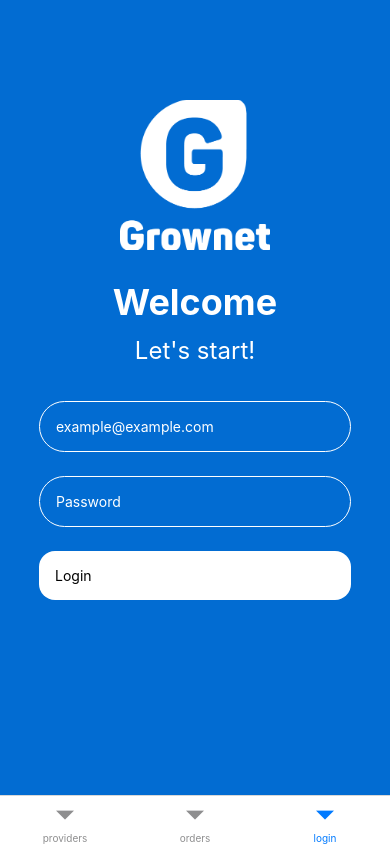
Repository: grownet-App/grownetAll
Screen: / (app in grownet-app/)
The author's editor kept a copy of each file at every save. The screen is drawn from the files as they stood at one save, then again after a run of saves.
The app was drawn by React Native's web renderer in a window 390 px wide. The project was rebuilt for these pictures with package versions that can differ from the ones it lists, and the page was loaded fresh each time. Also part of the build but not shown: grownet-app/screens/orders.js, grownet-app/screens/providers.js.

Above is the screen before, as saved 2023-07-05 18:14:12.

After the next 2 saves:
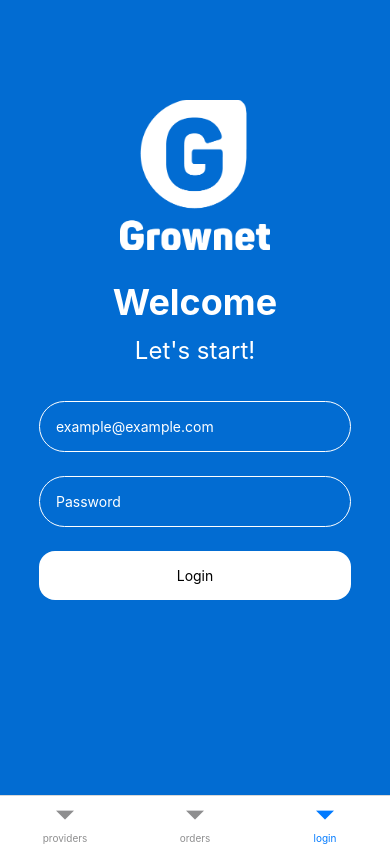
The 2 saves are shown as one change because they came seconds apart.
The last was saved 20 s later.
--- a/grownet-app/screens/loginPage.js
+++ b/grownet-app/screens/loginPage.js
@@ -33,7 +33,8 @@
     backgroundColor: 'white',
     borderRadius: 16,
     width: "80%",
-    textAlign: 'center'
+
+    alignItems: 'center',
   },
   container: {
     flex: 1,
